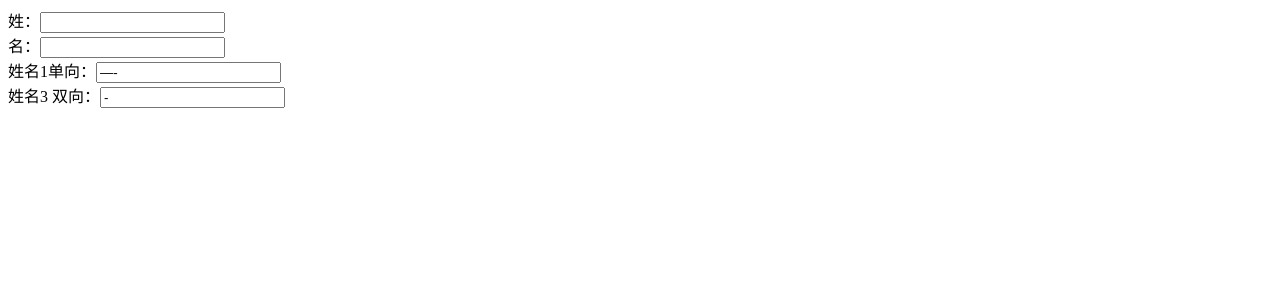
Repository: Shawn1030/vue_mall
Page: 1.html
An editor plug-in stored every save of this project. The page is shown before and after the next save, followed by the edit.
The browser window is 1280 px wide. The pictures show the whole page.
Some web libraries are served in a nearby version.

Above is the page before, as saved 2020-04-28 21:27:36.

After the next save:
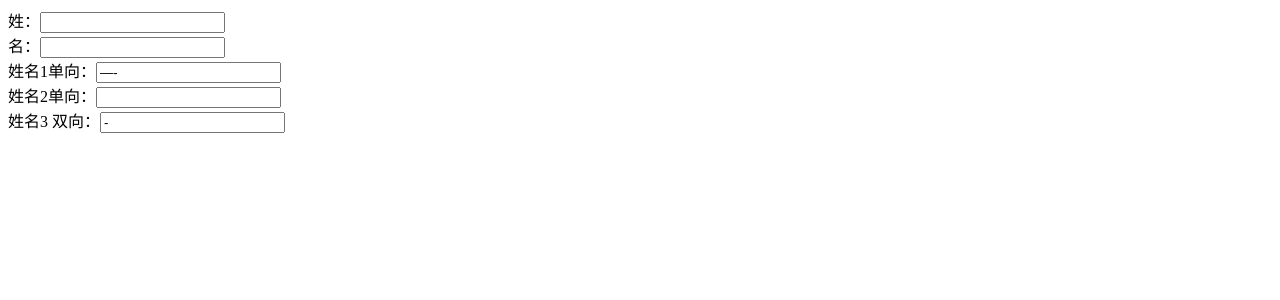
Saved 8 min 46 s later.
--- a/1.html
+++ b/1.html
@@ -13,6 +13,7 @@
     姓：<input type="text" v-model='firstName'><br>
     名：<input type="text" v-model='lastName'><br>
     姓名1单向：<input type="text" v-model='fullName'><br>
+    姓名2单向：<input type="text" ><br>
     姓名3 双向：<input type="text" v-model='fullName2'>
     <p>{{firstName}}</p>
   </div>
@@ -41,7 +42,10 @@
             return this.firstName+'-'+this.lastName
           }
         }
-      }
+      },
+      watch: {
+
+      },
     });
   </script>
 </body>
